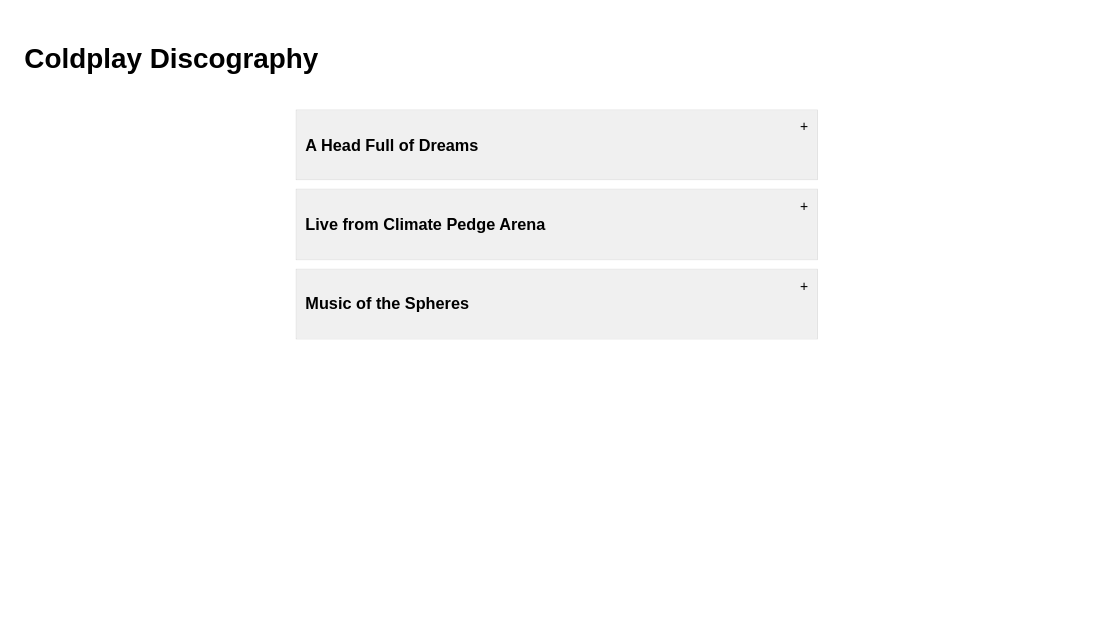
Repository: MelissaJacobi/Frontend-lab-1
Page: /
The author's editor kept a copy of each file at every save. The page is drawn from the files as they stood at one save, then again after the next save.
The browser window is 1280 px wide. The pictures show the whole page, at 87% of full size.
The project was rebuilt for these pictures with package versions that can differ from the ones it lists, and the page was loaded fresh each time. Also part of the build but not shown: vite.config.js.

Above is the page before, as saved 2024-09-11 11:41:29.

### src/App.jsx
import React from 'react';
import './index.css';
import Accordion from './Components/Accordion';

function App() {
  return (
    <div className="App">
      <h1>Coldplay Discography</h1>
      <img></img>
      <Accordion />
    </div>
  );
}

export default App;

### src/index.css
.App {
  font-family: sans-serif;
  padding: 20px;
}

.accordion {
  width: 100%;
  max-width: 600px;
  margin: 0 auto;
}

.accordion-item {
  border: 1px solid #ddd;
  margin-bottom: 10px;
}

.accordion-header {
  padding: 10px;
  cursor: pointer;
  display: flex;
  justify-content: space-between;
  background-color: #f0f0f0;
}

.accordion-content {
  padding: 10px;
  background-color: #fff;
}

.accordion-header:hover {
  background-color: #e0e0e0;
}

### src/Components/Accordion.jsx
import React, { useState } from 'react';

const AccordionItem = ({ title, content }) => {
  const [isOpen, setIsOpen] = useState(false);

  const toggleAccordion = () => {
    setIsOpen(!isOpen);
  };

  return (
    <div className="accordion-item">
      <div className="accordion-header" onClick={toggleAccordion}>
        <h3>{title}</h3>
        <span>{isOpen ? '-' : '+'}</span>
      </div>
      {isOpen && (
        <div className="accordion-content">
          {content.map((item, index) => (
            <p key={index}>{item}</p>
          ))}
        </div>
      )}
    </div>
  );
};

const Accordion = () => {
  const accordionData = [
    {
      title: 'A Head Full of Dreams',
      content: ['A Head Full of Dreams', 'Birds', 'Hymn For the Weekend', 'Everglow', 'Adventure of a Lifetime', 'Fun', 'keleidoscope', 'Army of One', 'Amazing day', 'Color Spectrum', 'Up&Up', 'Something just like this'],
    },
    {
      title: 'Live from Climate Pedge Arena',
      content: ['Viva la Vida', 'Human Heart', 'People of Pride', 'Fix you'],
    },
    {
      title: 'Music of the Spheres',
      content: ['Music of the Spheres', 'Higher power', 'Humankind', 'Alien Choir', 'Let somebody go', 'Biutyful', 'my universe', 'infinity sign', 'Coloratura', 'higher power', 'My Universe'],
    },
  ];

  return (
    <div className="accordion">
      {accordionData.map((item, index) => (
        <AccordionItem key={index} title={item.title} content={item.content} />
      ))}
    </div>
  );
};

export default Accordion;

Loaded but not shown: index.html (common file); src/main.jsx (common file)

After the next save:
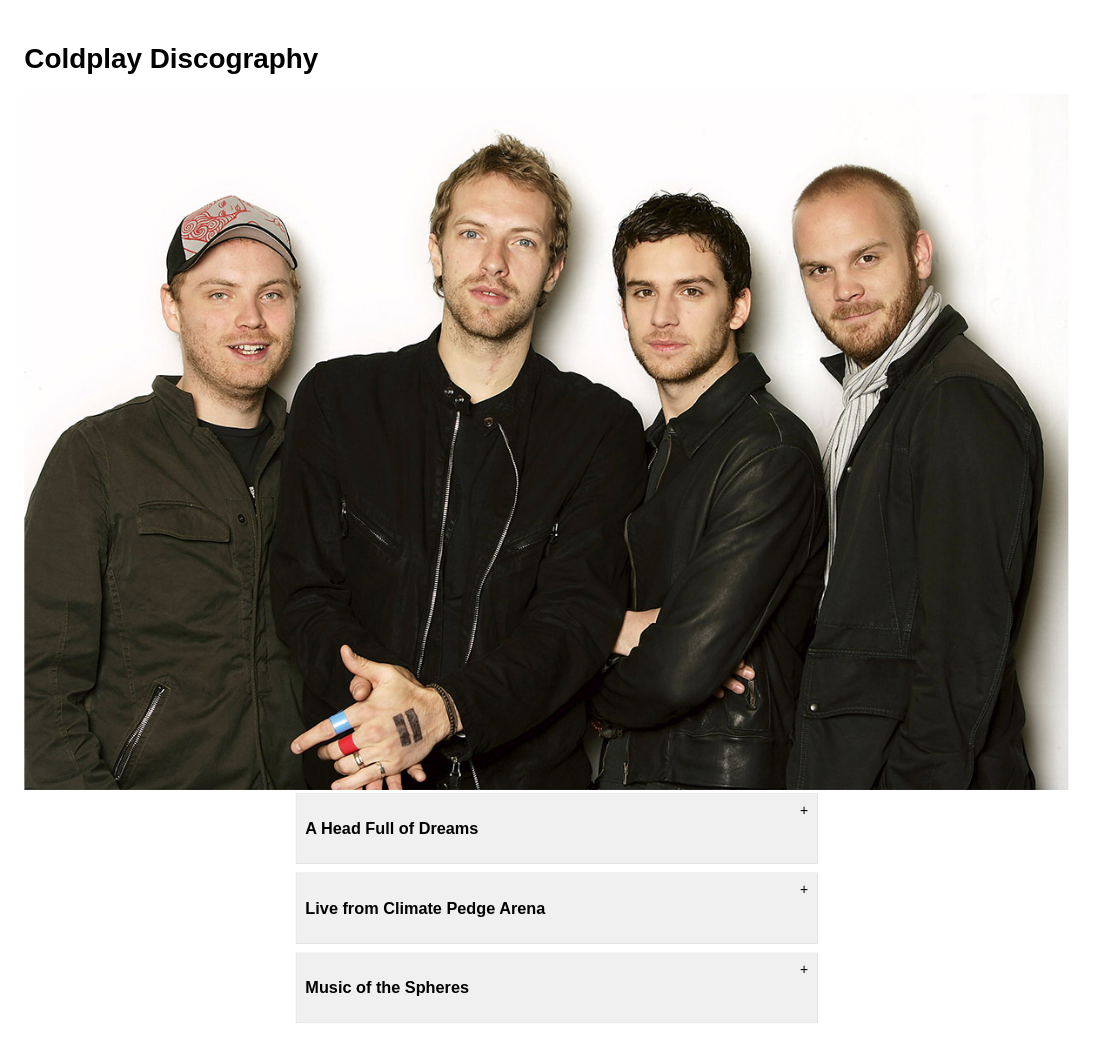
Saved 91 s later.
--- a/src/App.jsx
+++ b/src/App.jsx
@@ -6,7 +6,7 @@
   return (
     <div className="App">
       <h1>Coldplay Discography</h1>
-      <img></img>
+      <img src="Coldplay-All-Members.jpg"></img>
       <Accordion />
     </div>
   );
